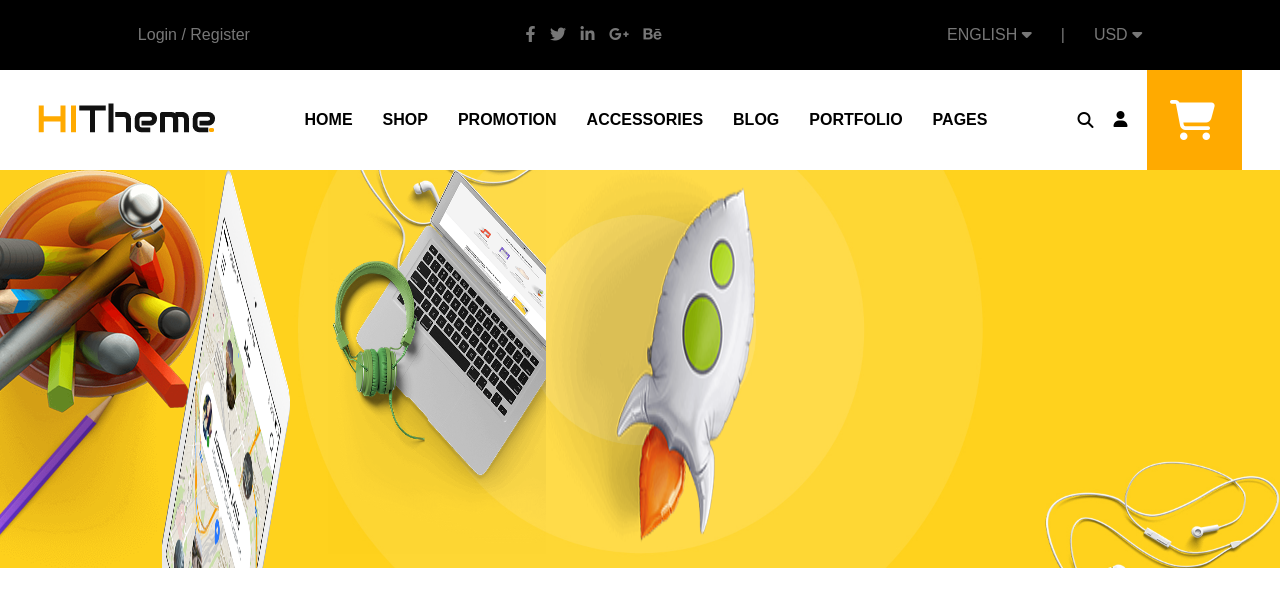
Repository: Thach1311/DU-AN-WEB-BAN-HANG-
Page: index1.html
The author's editor kept a copy of each file at every save. The page is drawn from the files as they stood at one save, then again after the next save.
The browser window is 1280 px wide. The pictures show the whole page.

Above is the page before, as saved 2023-02-23 17:38:12.

After the next save:
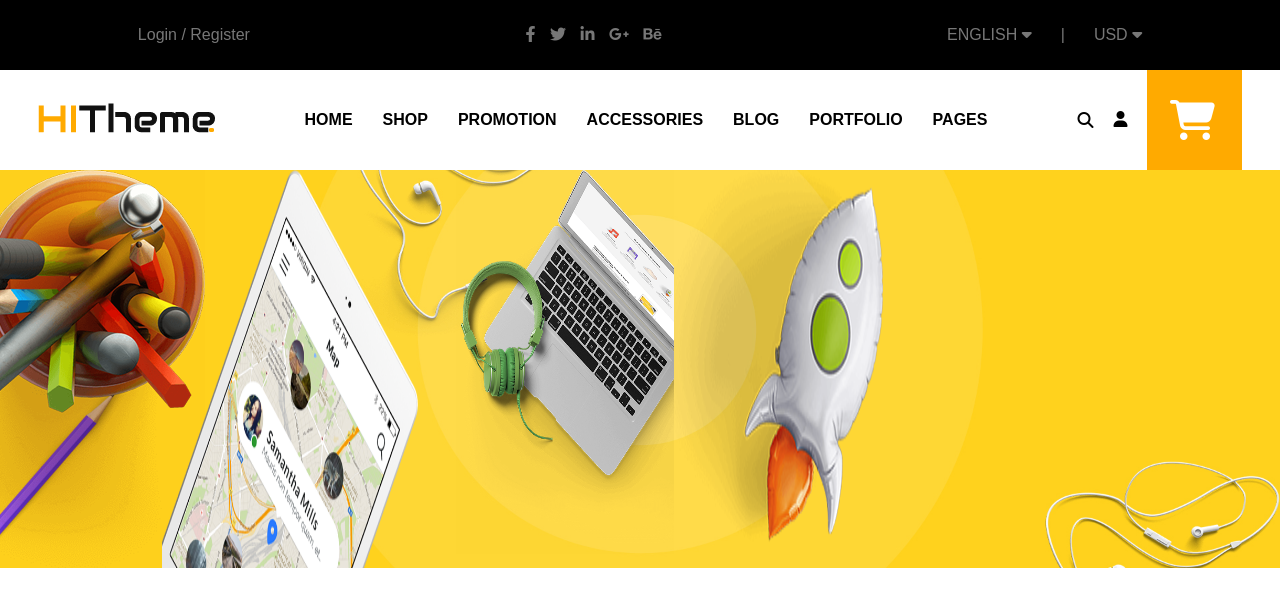
Saved 2 s later.
--- a/CSS/style1.css
+++ b/CSS/style1.css
@@ -625,7 +625,7 @@
 .slide__bgMain-item2{
 
      animation: go 3s infinite alternate-reverse;
-     width: 10%;
+     width: 20%;
 }
 .slide__bgMain-item3{
     width: 20%;
